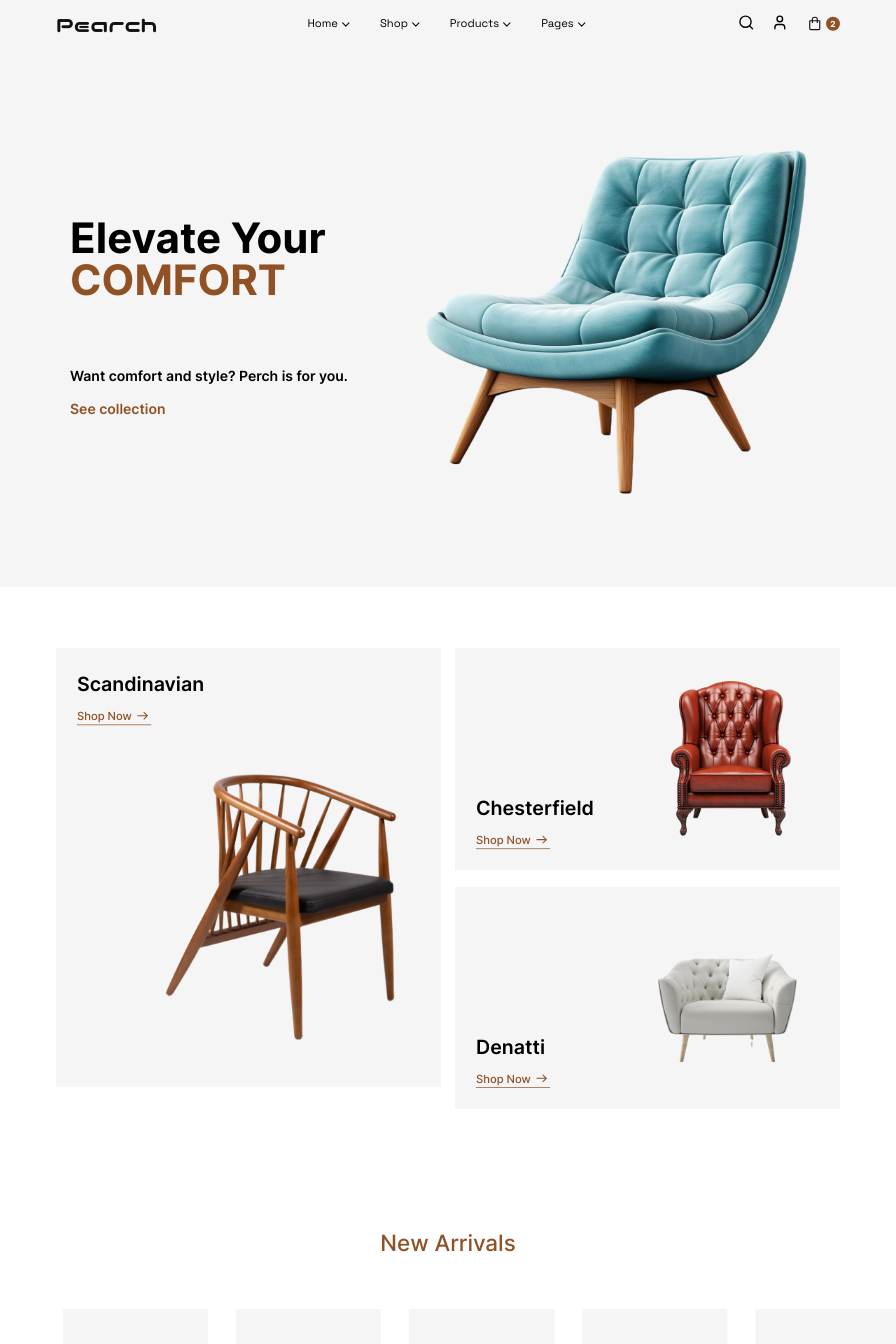
Repository: abdulmalikyusuf/HNG11-Stage02
Page: /
These files come from the project's save history. The page is drawn as it stood at one moment and after the next save; the edit follows.
The browser window is 1280 px wide. The pictures show the part of the page from y = 0 to 1920 px (the page is 4131 px tall), at 70% of full size.
The project was rebuilt for these pictures with package versions that can differ from the ones it lists, and the page was loaded fresh each time. Also part of the build but not shown: vite.config.ts.

Above is the page before, as saved 2024-07-07 17:17:13.

### index.html
<!DOCTYPE html>
<html lang="en">
  <head>
    <meta charset="UTF-8" />
    <!-- <link rel="icon" type="image/svg+xml" href="/vite.svg" /> -->
    <meta name="viewport" content="width=device-width, initial-scale=1.0" />
    <title>Pearch E-Commerce App</title>
  </head>
  <body>
    <div id="root"></div>
    <script type="module" src="/src/main.tsx"></script>
  </body>
</html>

### src/App.tsx
import { createBrowserRouter, RouterProvider } from "react-router-dom";

import RootLayout from "@/routes/root";
import IndexPage from "@/routes";
import "./App.css";

const router = createBrowserRouter([
  {
    path: "/",
    element: <RootLayout />,
    // errorElement: <ErrorPage />,
    children: [
      {
        index: true,
        element: <IndexPage />,
      },
      {
        path: "cart",
        element: <p>Cart</p>,
      },
      {
        path: "checkout",
        element: <p>Checkout</p>,
      },
    ],
  },
]);

function App() {
  return <RouterProvider router={router} />;
}

export default App;

### src/index.css
:root {
  font-family: Inter, system-ui, Avenir, Helvetica, Arial, sans-serif;
  line-height: 1.5;
  font-weight: 400;

  color-scheme: light dark;
  /* color: rgba(255, 255, 255, 0.87);
  background-color: #242424; */

  font-synthesis: none;
  text-rendering: optimizeLegibility;
  -webkit-font-smoothing: antialiased;
  -moz-osx-font-smoothing: grayscale;
}
@font-face {
  font-family: Inter;
  src: url(fonts/Inter.ttf) format("truetype");
}
@font-face {
  font-family: SpaceGrotesk;
  src: url(fonts/SpaceGrotesk.ttf) format("truetype");
}
@font-face {
  font-family: NicoMoji;
  src: url(fonts/NicoMoji-Regular.ttf) format("truetype");
}

### src/routes/root.tsx
import { Outlet } from "react-router-dom";

import Footer from "@/components/footer";
import Header from "@/components/header";

function RootLayout() {
  return (
    <>
      <Header />
      <Outlet />
      <div className="flow-root">
        <Footer />
      </div>
    </>
  );
}

export default RootLayout;

### src/routes/index.tsx
import { Link } from "react-router-dom";

import ChairHero from "@/assets/img/83417461_Slipper -2 1.png";
import Chair1 from "@/assets/img/vertical-shot-wooden-chair-white 1.png";
import Chair2 from "@/assets/img/83419490_Wingback Chair -4.png";
import Chair3 from "@/assets/img/7043761_861.png";
import BannerImage from "@/assets/img/unsplash_348dJPXEFHk.png";
import MoreChairImage1 from "@/assets/img/unsplash_Kh4tedFdHz4.png";
import MoreChairImage2 from "@/assets/img/unsplash_L7EwHkq1B2s.png";
import MoreChairImage3 from "@/assets/img/unsplash_Gh_UjjYoVwk.png";
import NewArrival1 from "@/assets/img/new-arrivals/81678229_Luxury white and golden sofa -3 1.png";
import NewArrival2 from "@/assets/img/new-arrivals/Paste image.png";
import NewArrival3 from "@/assets/img/new-arrivals/unsplash_IjTqniVFP1Y.png";
import NewArrival4 from "@/assets/img/new-arrivals/unsplash_ItMggD0EguY.png";

const newArrivals = [
  { image: NewArrival1, name: "Tyley Chair", price: 200 },
  { image: NewArrival2, name: "Zefison Chair", price: 350 },
  { image: NewArrival3, name: "Italian Rococo", price: 700 },
  { image: NewArrival4, name: "King Sofa", price: 899 },
  { image: NewArrival4, name: "King Sofa", price: 899 },
];
function IndexPage() {
  return (
    <>
      <div className="flex flex-col lg:flex-row items-center gap-5 lg:gap-24 bg-[#F5F5F5] p-2 lg:px-[100px] lg:py-13">
        <div className="flex flex-col gap-5 lg:gap-24">
          <div className="text-32 lg:text-6xl font-bold">
            <h2 className="text-black">Elevate Your</h2>
            <h2 className="uppercase text-primary">comfort</h2>
          </div>
          <div className="font-semibold text-sm lg:text-xl lg:leading-6 flex flex-col gap-[14px] lg:gap-6">
            <p className="">Want comfort and style? Perch is for you.</p>
            <p className="text-primary">See collection</p>
          </div>
        </div>
        <div className="flex-1">
          <img src={ChairHero} alt="A chair from pearch website" className="" />
        </div>
      </div>
      <div className="px-4 md:px-10 lg:13 xl:px-20 2xl:px-24 flex flex-col gap-20 mb-28 overflow-clip">
        <div className="py-[88px]">
          <div className="grid grid-cols-2 grid-rows-2 items-stretch gap-5 lg:gap-x-5 lg:gap-y-6">
            <div className="row-span-2">
              <div className="p-5 lg:p-[30px] bg-miscellaneous flex flex-col">
                <div className="flex-1 flex flex-col gap-3">
                  <h5 className="text-[28px] font-semibold">Scandinavian</h5>
                  <Link
                    to=""
                    className="w-fit font-medium text-primary border-b border-primary inline-flex items-center gap-1"
                  >
                    Shop Now{" "}
                    <span className="">
                      <svg
                        xmlns="http://www.w3.org/2000/svg"
                        width="24"
                        height="25"
                        viewBox="0 0 24 25"
                        fill="none"
                      >
                        <mask
                          id="mask0_18_143"
                          style={{ maskType: "alpha" }}
                          maskUnits="userSpaceOnUse"
                          x="0"
                          y="0"
                          width="24"
                          height="25"
                        >
                          <rect y="0.5" width="24" height="24" fill="#D9D9D9" />
                        </mask>
                        <g mask="url(#mask0_18_143)">
                          <path
                            d="M13.8462 18.1538L12.7923 17.0693L16.6115 13.25H4.5V11.75H16.6115L12.7923 7.93075L13.8462 6.84625L19.5 12.5L13.8462 18.1538Z"
                            fill="#905125"
                          />
                        </g>
                      </svg>
                    </span>
                  </Link>
                </div>
                <div className="self-end -mt-20">
                  <img src={Chair1} alt="" className="" />
                </div>
              </div>
            </div>
            <div className="p-5 lg:p-[30px] bg-miscellaneous flex items-end justify-between">
              <div className="flex-1 flex flex-col gap-3">
                <h5 className="text-[28px] font-semibold">Chesterfield</h5>
                <Link
                  to=""
                  className="w-fit font-medium text-primary border-b border-primary inline-flex items-center gap-1"
                >
                  Shop Now{" "}
                  <span className="">
                    <svg
                      xmlns="http://www.w3.org/2000/svg"
                      width="24"
                      height="25"
                      viewBox="0 0 24 25"
                      fill="none"
                    >
                      <mask
                        id="mask0_18_143"
                        style={{ maskType: "alpha" }}
                        maskUnits="userSpaceOnUse"
                        x="0"
                        y="0"
                        width="24"
                        height="25"
                      >
                        <rect y="0.5" width="24" height="24" fill="#D9D9D9" />
                      </mask>
                      <g mask="url(#mask0_18_143)">
                        <path
                          d="M13.8462 18.1538L12.7923 17.0693L16.6115 13.25H4.5V11.75H16.6115L12.7923 7.93075L13.8462 6.84625L19.5 12.5L13.8462 18.1538Z"
                          fill="#905125"
                        />
                      </g>
                    </svg>
                  </span>
                </Link>
              </div>
              <img src={Chair2} alt="" className="" />
            </div>
            <div className="p-5 lg:p-[30px] bg-miscellaneous flex items-end justify-between">
              <div className="flex-1 flex flex-col gap-3">
                <h5 className="text-[28px] font-semibold">Denatti</h5>
                <Link
                  to=""
                  className="w-fit font-medium text-primary border-b border-primary inline-flex items-center gap-1"
                >
                  Shop Now{" "}
                  <span className="">
                    <svg
                      xmlns="http://www.w3.org/2000/svg"
                      width="24"
                      height="25"
                      viewBox="0 0 24 25"
                      fill="none"
                    >
                      <mask
                        id="mask0_18_143"
                        style={{ maskType: "alpha" }}
                        maskUnits="userSpaceOnUse"
                        x="0"
                        y="0"
                        width="24"
                        height="25"
                      >
                        <rect y="0.5" width="24" height="24" fill="#D9D9D9" />
                      </mask>
                      <g mask="url(#mask0_18_143)">
                        <path
                          d="M13.8462 18.1538L12.7923 17.0693L16.6115 13.25H4.5V11.75H16.6115L12.7923 7.93075L13.8462 6.84625L19.5 12.5L13.8462 18.1538Z"
                          fill="#905125"
                        />
                      </g>
                    </svg>
                  </span>
                </Link>
              </div>
              <img src={Chair3} alt="" className="" />
            </div>
          </div>
        </div>
        <div className="">
          <h4 className="capitalize text-32 text-center text-primary font-medium">
            new arrivals
          </h4>
          <div className="mt-[30px] -mr-24">
            <div className="flex gap-5 ">
              {newArrivals.map((chair) => (
                <div
                  key={chair.name}
                  className="w-[255px] py-10 px-2.5 flex flex-col gap-[30px]"
                >
                  <div className="flex h-[294px] items-center bg-miscellaneous">
                    <img
                      src={chair.image}
                      alt={`${chair.name} image`}
                      className=""
                    />
                  </div>
                  <div className="flex flex-col gap-1.5 text-primary-label font-medium">
                    <p className="">{chair.name}</p>
                    <small className="text-xs">${chair.price}</small>
                  </div>
                </div>
              ))}
            </div>
          </div>
        </div>
        <div className="px-5 bg-miscellaneous">
          <div className="flex items-center gap-16">
            <div className="flex-1 text-primary-label">
              <h4 className="text-32 font-bold">Unparalleled Comfort</h4>
              <p className="mt-4 text-2xl font-medium">
                Experience the difference of luxurious cushioning and ergonomic
                design. Sink into the Perch and feel your stress melt away.
              </p>
              <Link
                to=""
                className="mt-[30px] w-fit font-medium text-primary border-b border-primary inline-flex items-center gap-1"
              >
                Shop Now{" "}
                <span className="">
                  <svg
                    xmlns="http://www.w3.org/2000/svg"
                    width="24"
                    height="25"
                    viewBox="0 0 24 25"
                    fill="none"
                  >
                    <mask
                      id="mask0_18_143"
                      style={{ maskType: "alpha" }}
                      maskUnits="userSpaceOnUse"
                      x="0"
                      y="0"
                      width="24"
                      height="25"
                    >
                      <rect y="0.5" width="24" height="24" fill="#D9D9D9" />
                    </mask>
                    <g mask="url(#mask0_18_143)">
                      <path
                        d="M13.8462 18.1538L12.7923 17.0693L16.6115 13.25H4.5V11.75H16.6115L12.7923 7.93075L13.8462 6.84625L19.5 12.5L13.8462 18.1538Z"
                        fill="#905125"
                      />
                    </g>
                  </svg>
                </span>
              </Link>
            </div>
            <div className="flex-1">
              <img src={BannerImage} alt="" className="" />
            </div>
          </div>
        </div>

        <div className="">
          <h4 className="capitalize text-32 text-center text-primary font-medium">
            new arrivals
          </h4>
          <div className="mt-[30px] flex gap-5">
            {[MoreChairImage1, MoreChairImage2, MoreChairImage3].map(
              (img, i) => (
                <div key={`product-image-${i}`} className="">
                  <img src={img} alt="" className="" />
                </div>
              )
            )}
          </div>
          <div className="mt-11">
            <Link
              to=""
              className="mt-[30px] w-fit font-medium text-primary border-b border-primary inline-flex items-center gap-1"
            >
              See More{" "}
              <span className="">
                <svg
                  xmlns="http://www.w3.org/2000/svg"
                  width="24"
                  height="25"
                  viewBox="0 0 24 25"
                  fill="none"
                >
                  <mask
                    id="mask0_18_143"
                    style={{ maskType: "alpha" }}
                    maskUnits="userSpaceOnUse"
                    x="0"
                    y="0"
                    width="24"
                    height="25"
                  >
                    <rect y="0.5" width="24" height="24" fill="#D9D9D9" />
                  </mask>
                  <g mask="url(#mask0_18_143)">
                    <path
                      d="M13.8462 18.1538L12.7923 17.0693L16.6115 13.25H4.5V11.75H16.6115L12.7923 7.93075L13.8462 6.84625L19.5 12.5L13.8462 18.1538Z"
                      fill="#905125"
                    />
                  </g>
                </svg>
              </span>
            </Link>
          </div>
        </div>
      </div>
    </>
  );
}

export default IndexPage;

### src/components/footer.tsx
import React from "react";
import { Icons } from "./icons";

function Footer() {
  return (
    <footer className="py-[30px] bg-miscellaneous px-24 h[80vh] flex flex-col justify-between gap-16">
      <div className="flex flex-col items-center gap-[30px] py-20 border border-primary border-dashed">
        <div className="text-center text-primary-label">
          <h3 className="text-4xl font-bold">Join Our Newsletter</h3>
          <p className="mt-3">Big discount and latest news in your inbox</p>
        </div>
        <div className="flex gap-5">
          <div className="flex rounded-md w-96 border border-primary items-center gap-2 p-2.5">
            <Icons.mail className="size-[22px] stroke-primary" />
            <input
              type="email"
              name=""
              id=""
              placeholder="Email address"
              className="bg-transparent text-[rgba(18,_18,_18,_0.50)] font-medium placeholder:font-normal focus:outline-none"
            />
          </div>
          <button
            type="submit"
            className="bg-primary rounded p-2.5 capitalize text-white"
          >
            sign up
          </button>
        </div>
      </div>
      <div className="flex flex-col gap-4 items-center">
        <h4 className="py-2 text-32 text-label-primary font-nico-moji">
          Perch
        </h4>
        <ul className="flex gap-4 text-xl font-medium text-primary-label">
          <li className="">About Us</li>
          <li className="">Contact Us</li>
          <li className="">Privacy</li>
          <li className="">My Account</li>
        </ul>
      </div>
      <div className="py-2.5 -mx-24 border-t border-primary text-center">
        <p className="font-medium text-primary">© 2024 Perch Store</p>
      </div>
    </footer>
  );
}

export default Footer;

### src/lib/utils.ts
import { type ClassValue, clsx } from "clsx";
import { twMerge } from "tailwind-merge";

export function cn(...inputs: ClassValue[]) {
	return twMerge(clsx(inputs));
}
export function formatPrice(
	price: number | string,
	currency: "USD" | "EUR" | "GBP" | "BDT" = "USD",
	notation: "compact" | "engineering" | "scientific" | "standard" = "standard",
) {
	return new Intl.NumberFormat("en-US", {
		style: "currency",
		currency,
		notation,
	}).format(Number(price));
}

export function arrayRange(start: number, stop: number, step: number) {
	return Array.from(
		{ length: (stop - start) / step + 1 },
		(value, index) => start + index * step,
	);
}

### src/components/cart-button.tsx
import { forwardRef, type ButtonHTMLAttributes } from "react";
import { Slot } from "@radix-ui/react-slot";

import { cn } from "@/lib/utils";
import { Icons } from "@/components/icons";

export interface CartButtonProps
  extends ButtonHTMLAttributes<HTMLButtonElement> {
  numOfItems: number;
  asChild?: boolean;
}

const CartButton = forwardRef<HTMLButtonElement, CartButtonProps>(
  ({ numOfItems, asChild, ...props }, ref) => {
    const Comp = asChild ? Slot : "button";
    return (
      <Comp
        ref={ref}
        {...props}
        type="button"
        className="inline-flex items-center gap-0.5 w-[50px] h-[26px] sm:h-7"
      >
        <Icons.cart className="size-[26px] sm:size-7 text-[var(--icon-colour)]" />
        <span
          className={cn(
            "inline-flex items-center justify-center size-5 rounded-full text-xs leading-[10px] font-inter font-bold",
            "bg-primary text-white [--icon-colour:var(--black-900)]"
          )}
        >
          {numOfItems}
        </span>
      </Comp>
    );
  }
);

CartButton.displayName = "CartButton";

export { CartButton };

### tailwind.config.ts
import { Config } from "tailwindcss";

export default {
  content: ["./index.html", "./src/**/*.{js,ts,jsx,tsx}"],
  theme: {
    fontFamily: {
      "space-grotesk": ["SpaceGrotesk"],
      inter: ["Inter"],
      "nico-moji": ["NicoMoji"],
    },
    extend: {
      padding: {
        13: "52px",
      },
      fontSize: {
        32: "32px",
      },
      colors: {
        primary: {
          DEFAULT: "#905125",
          label: "#121212",
        },
        miscellaneous: "#F5F5F5",
      },
    },
  },
  plugins: [],
} satisfies Config;

Loaded but not shown: src/main.tsx (common file); src/App.css (common file); src/components/icons.tsx (297 lines, source omitted); src/components/header.tsx (69 lines, source omitted)

After the next save:
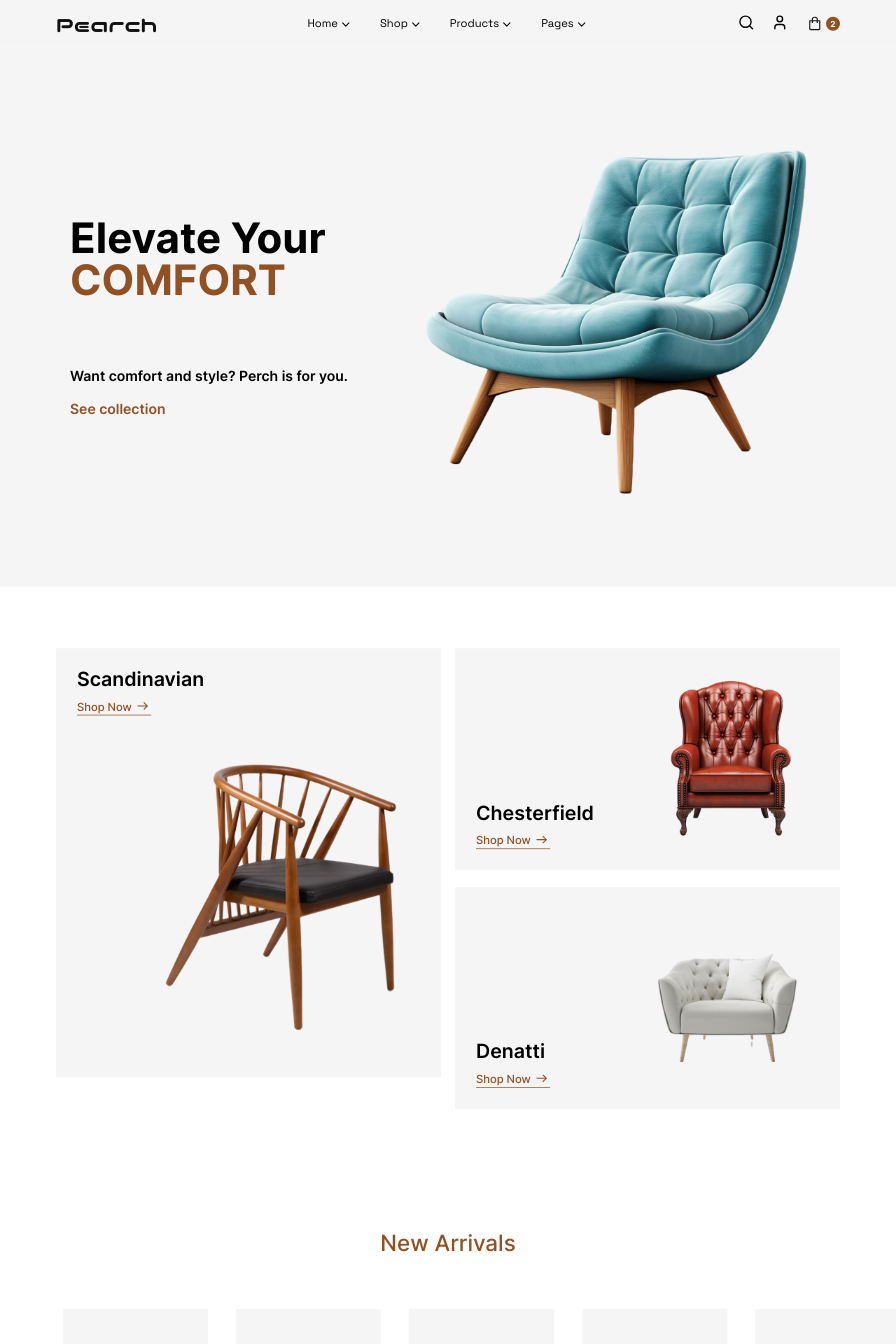
Saved 108 s later.
--- a/src/routes/index.tsx
+++ b/src/routes/index.tsx
@@ -44,10 +44,12 @@
             <div className="row-span-2">
               <div className="p-5 lg:p-[30px] bg-miscellaneous flex flex-col">
                 <div className="flex-1 flex flex-col gap-3">
-                  <h5 className="text-[28px] font-semibold">Scandinavian</h5>
+                  <h5 className="text-xl lg:text-[28px] font-semibold">
+                    Scandinavian
+                  </h5>
                   <Link
                     to=""
-                    className="w-fit font-medium text-primary border-b border-primary inline-flex items-center gap-1"
+                    className="w-fit text-xs lg:text-base font-medium text-primary border-b border-primary inline-flex items-center gap-1"
                   >
                     Shop Now{" "}
                     <span className="">
@@ -86,10 +88,12 @@
             </div>
             <div className="p-5 lg:p-[30px] bg-miscellaneous flex items-end justify-between">
               <div className="flex-1 flex flex-col gap-3">
-                <h5 className="text-[28px] font-semibold">Chesterfield</h5>
+                <h5 className="text-xl lg:text-[28px] font-semibold">
+                  Chesterfield
+                </h5>
                 <Link
                   to=""
-                  className="w-fit font-medium text-primary border-b border-primary inline-flex items-center gap-1"
+                  className="w-fit text-xs lg:text-base font-medium text-primary border-b border-primary inline-flex items-center gap-1"
                 >
                   Shop Now{" "}
                   <span className="">
@@ -125,10 +129,12 @@
             </div>
             <div className="p-5 lg:p-[30px] bg-miscellaneous flex items-end justify-between">
               <div className="flex-1 flex flex-col gap-3">
-                <h5 className="text-[28px] font-semibold">Denatti</h5>
+                <h5 className="text-xl lg:text-[28px] font-semibold">
+                  Denatti
+                </h5>
                 <Link
                   to=""
-                  className="w-fit font-medium text-primary border-b border-primary inline-flex items-center gap-1"
+                  className="w-fit text-xs lg:text-base font-medium text-primary border-b border-primary inline-flex items-center gap-1"
                 >
                   Shop Now{" "}
                   <span className="">
@@ -201,7 +207,7 @@
               </p>
               <Link
                 to=""
-                className="mt-[30px] w-fit font-medium text-primary border-b border-primary inline-flex items-center gap-1"
+                className="mt-[30px] w-fit text-xs lg:text-base font-medium text-primary border-b border-primary inline-flex items-center gap-1"
               >
                 Shop Now{" "}
                 <span className="">
@@ -255,7 +261,7 @@
           <div className="mt-11">
             <Link
               to=""
-              className="mt-[30px] w-fit font-medium text-primary border-b border-primary inline-flex items-center gap-1"
+              className="mt-[30px] w-fit text-xs lg:text-base font-medium text-primary border-b border-primary inline-flex items-center gap-1"
             >
               See More{" "}
               <span className="">
